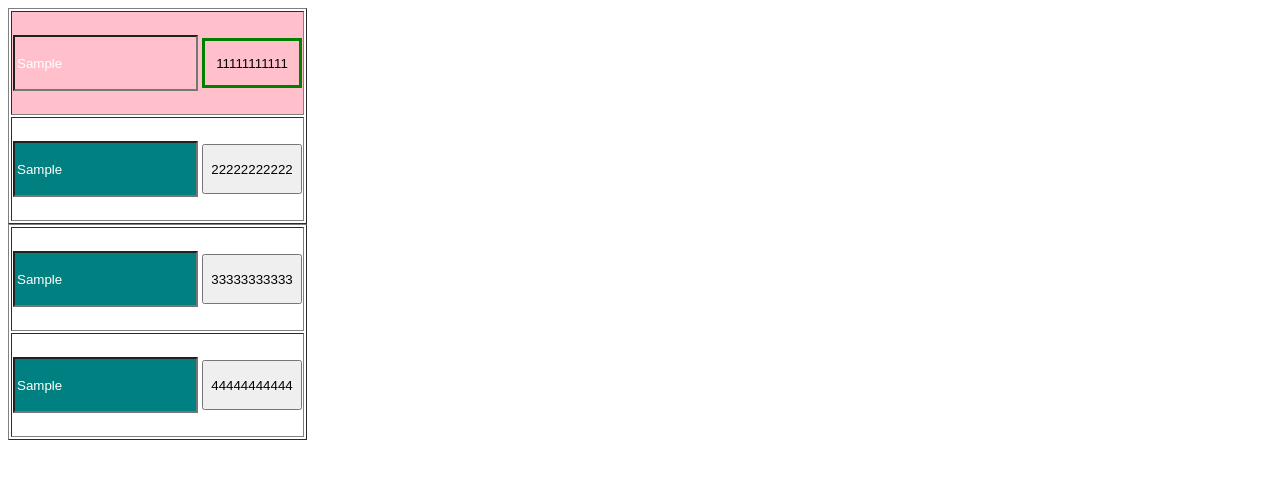
Repository: AgentHyun/FishDalle3
Page: Feb14_1_jQuery/WebContent/2_DOM_Select.html
The author's editor kept a copy of each file at every save. The page is drawn from the files as they stood at one save, then again after the next save.
The browser window is 1280 px wide. The pictures show the whole page.
Empty fields were first filled with sample values (such as "Sample", 5 or name@example.com).
After loading, the first visible `td` was clicked once.

Above is the page before, as saved 2025-02-14 02:56:22.

### Feb14_1_jQuery/WebContent/2_DOM_Select.html
<!DOCTYPE html>
<html>
<head>
<meta charset="UTF-8">

<style type = "text/css">
td {height : 100px;}
input {height : 50px;
       background-color : teal;
       color : white;}
button {width : 100px; height : 50px;}



</style>
<title>Insert title here</title>
<script type = "text/javascript" src = "jQuery.js"></script>
<script type = "text/javascript">
$(function(){

   //선택자를 지정하지 않았을 때 특정 DOM객체를
   //어떻게 찾아낼 것인가
   $("button").click(function(){

           // $(this) : 클릭이벤트의 발생함수를 호출한 장본인
           //    누른 버튼만 해당하는 명령을 실행하도록!
           $(this).css("background-color", "white");


           //누른 버튼이 있는 td에 배경색을 주기
           //parent() : 내가 누른 this의 한단계 상위 DOM객체
           // cf) 한단계 하위 객체 : children()
           $(this).parent().css("background-color", "pink");
         //  $(this).parent().parent().parent().css("border","1px solid blue");


           // 누른 버튼이 있는 table의 테두리를 파란색으로

          //closest("CSS선택자") : 상위에 있는 것 중에서 가장 가까운 CSS선택자
          $(this).closest("table").css("border", "blue solid 3px");
          //cf) find("CSS선택자") : 하위객체 중에서 특정한(CSS선택자)









   });


    $("td").click(function(){

    	 //td를 클릭했을 때 누른 td의 배경색을 노란색
 	  $(this).css("background-color", "yellow");
 	// td를 클릭했을 때 그 td속에 있는 모든 것들의 배경색을 핑크색
 	  $(this).find("input").css("background-color", "pink");
 	 $(this).find("button").css("background-color", "pink");
	  $(this).css("background-color", "pink");
 	 //  $(this).css("background-color", "pink");

    	 // td를 클릭했을 때 그 td속에 들어있는 버튼의 테두리색 (색자유)
 	 $(this).find("button").css("border", "3px solid green");





    });
    // input에 쓴 글자가 (입력하고 버튼 눌렀을 때)
    //해당 input과 동일선상에 있는 button의 글자색이 되도록
    $("button").click(function(){
    	$(this).closest("input").css("color", "orange");


    });




});




</script>

</head>
<body>

<table border= "1">
<tr><td><input> <button>11111111111</button></td></tr>
<tr><td><input> <button>22222222222</button></td></tr>


</table>
<table border= "1">
<tr><td><input> <button>33333333333</button></td></tr>
<tr><td><input> <button>44444444444</button></td></tr>


</table>




</body>
</html>

Loaded but not shown: Feb14_1_jQuery/WebContent/jQuery.js (library)

After the next save:
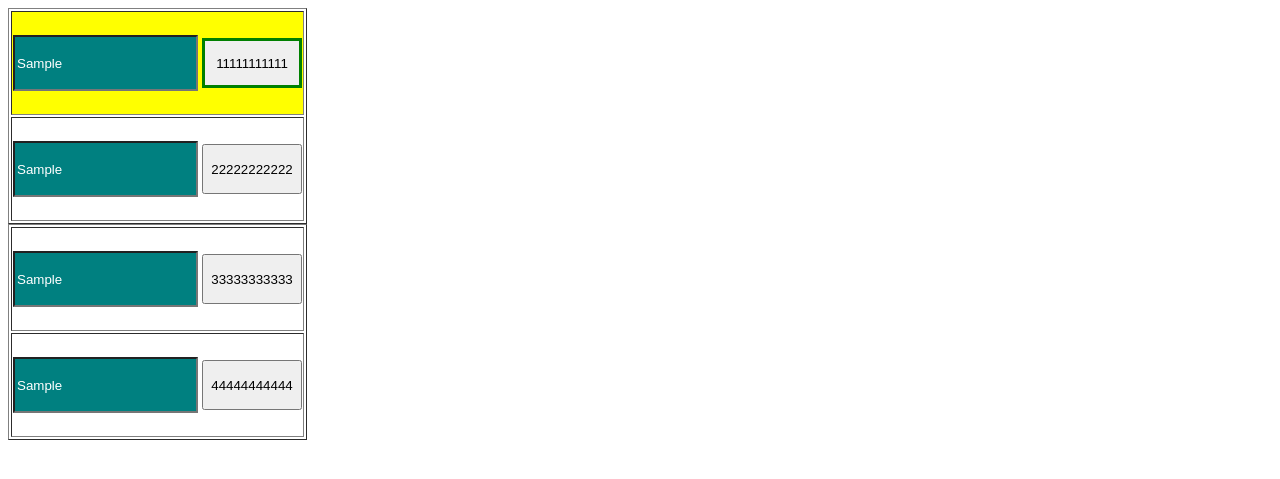
Saved 5 min 12 s later.
--- a/Feb14_1_jQuery/WebContent/2_DOM_Select.html
+++ b/Feb14_1_jQuery/WebContent/2_DOM_Select.html
@@ -56,9 +56,14 @@ $(function(){
     	 //td를 클릭했을 때 누른 td의 배경색을 노란색
  	  $(this).css("background-color", "yellow");
  	// td를 클릭했을 때 그 td속에 있는 모든 것들의 배경색을 핑크색
- 	  $(this).find("input").css("background-color", "pink");
+ 	 /*  $(this).find("input").css("background-color", "pink");
  	 $(this).find("button").css("background-color", "pink");
 	  $(this).css("background-color", "pink");
+	  */
+	  $(this).find().css("background-color", " pink");
+
+
+
  	 //  $(this).css("background-color", "pink");
 
     	 // td를 클릭했을 때 그 td속에 들어있는 버튼의 테두리색 (색자유)
